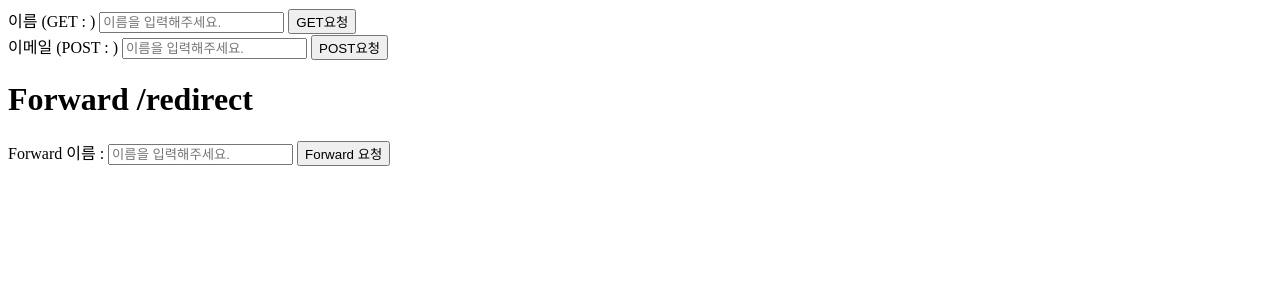
Repository: HwangEojin/homework
Page: http://localhost/day02/
The author's editor kept a copy of each file at every save. The page is drawn from the files as they stood at one save, then again after the next save.
The browser window is 1280 px wide. The pictures show the whole page.
The page is served by Tomcat 9.

Above is the page before, as saved 2025-01-13 06:39:19.

After the next save:
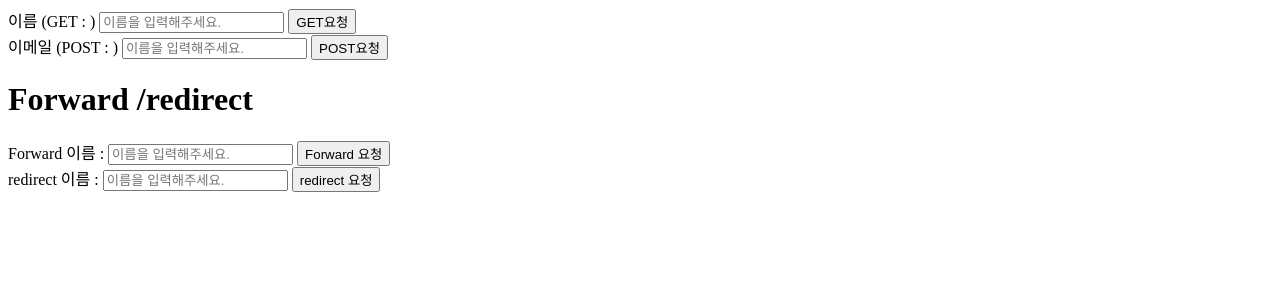
Saved 28 s later.
--- a/week09/day02/src/main/webapp/index.jsp
+++ b/week09/day02/src/main/webapp/index.jsp
@@ -23,12 +23,18 @@
 	<h1>Forward /redirect</h1>
 
 
-	<form action="handler" method="post">
+	<form action="ForwardHandler" method="post">
 		<label for="forwardName">Forward 이름 : </label>
 		<input type="email"	id="forwardName" name="forwardName" placeholder="이름을 입력해주세요.">
 		<button type="submit">Forward 요청</button>
 	</form>
 
 
+	<form action="handler" method="post">
+		<label for="redirectName">redirect 이름 : </label>
+		<input type="email"	id="redirectName" name="redirectName" placeholder="이름을 입력해주세요.">
+		<button type="submit">redirect 요청</button>
+	</form>
+
 </body>
 </html>
